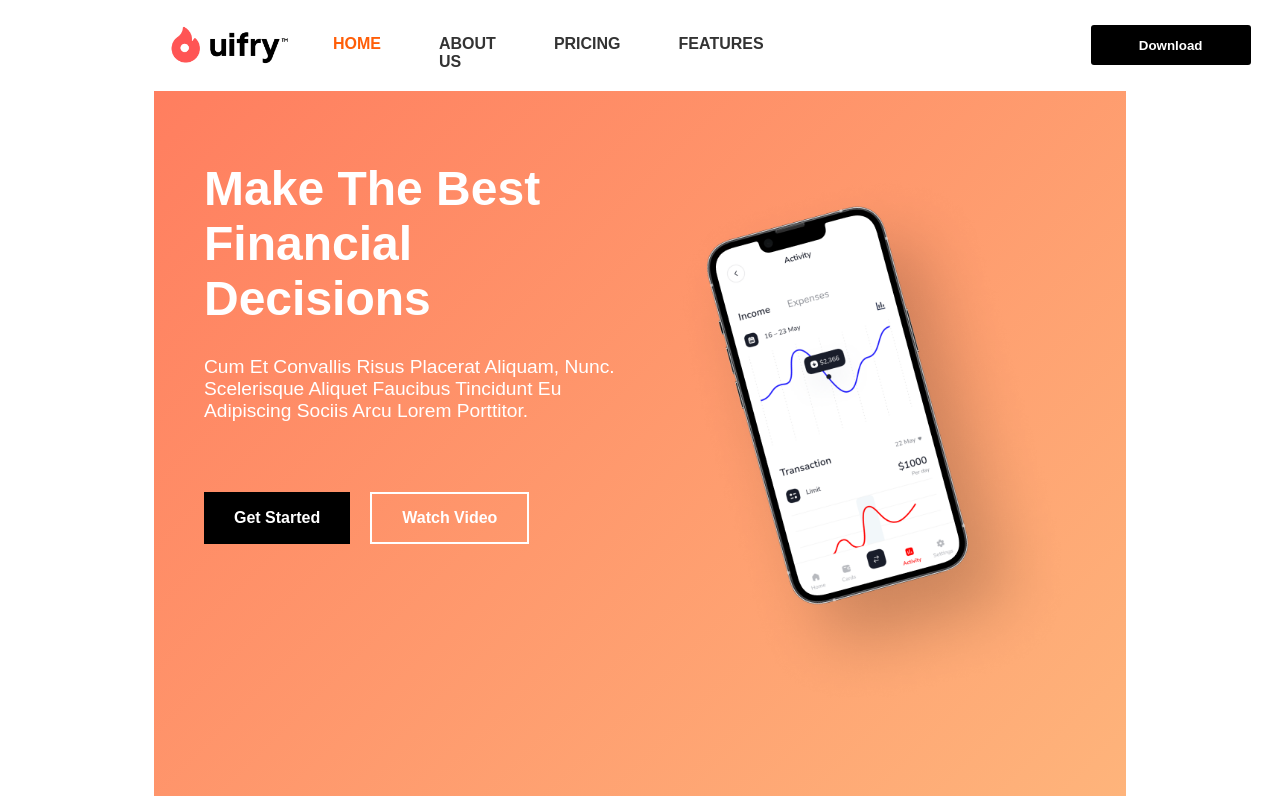
Repository: sakshambansal7/Uifry
Page: index.html
The author's editor kept a copy of each file at every save. The page is drawn from the files as they stood at one save, then again after the next save.
The browser window is 1280 px wide. The pictures show the whole page.

Above is the page before, as saved 2024-06-12 14:55:09.

### index.html
<!DOCTYPE html>
<html lang="en">
  <head>
    <meta charset="UTF-8" />
    <meta name="viewport" content="width=device-width, initial-scale=1.0" />
    <title>uifry.com</title>
    <link rel="stylesheet" href="style.css" />
  </head>
  <body>
    <nav class="navbar">
      <div>
        <img class="logo" src="./images/logo.png" alt="img" />
      </div>
      <div class="nav">
        <div><a href="#" class="nav__link active">Home </a></div>
        <div><a href="#" class="nav__link">About Us</a></div>
        <div><a href="#" class="nav__link">Pricing</a></div>
        <div><a href="#" class="nav__link">features</a></div>
      </div>
      <div class="download">
        <button class="button">Download</button>
      </div>
    </nav>
    <div class="part1">
      <div class="left">
        <h1>Make The Best Financial Decisions</h1>
        <p>
          Cum Et Convallis Risus Placerat Aliquam, Nunc. Scelerisque Aliquet
          Faucibus Tincidunt Eu Adipiscing Sociis Arcu Lorem Porttitor.
        </p>
        <div></div>
        <div></div>

        <div class="cta-buttons">
          <button class="get-started-btn">Get Started</button>
          <button class="watch-video-btn">Watch Video</button>
        </div>
      </div>
      <div class="right">
        <img src="./images/igraph.png" alt="Mobile App Mockup" />
      </div>
    </div>
  </body>
  <script src="script.js"></script>
</html>

### style.css

*{
    margin: 0px;
    padding: 5px;

}
body {
  margin-left: 20vh;
  margin-right: 20vh;
  font-family: Arial, sans-serif;
  background: #fff;
  color: #333;
}


.logo {
  width: 120px;
}


.navbar{
  display: flex;
  justify-content: flex-start;

}
.nav{
  padding-top: 10px;
  display: flex;
  justify-content: center;

}
nav  {
  display: inline;
}

nav a {
  text-decoration: none;
  color: #333;
  font-weight: bold;
}


.button {
  width: 160px;
  height: 40px;
  border-radius: 3px;

  background-color: #000;
  color: #fff;
  padding: 10px 20px;
  border: none;
  cursor: pointer;
  font-weight: bold;
  margin-left: 40vh;
}
.download{

  padding-top: 10px;
}


.nav__link {
    display: block;
    padding: .3125rem 1.5rem;
    text-transform: uppercase;
  }

  .nav__link.active  {

    color: #FF5E08;
  }

  .part1 {
    display: flex;
    justify-content: space-between;
    padding: 60px 40px;
    background: linear-gradient(135deg, #ff7e5f, #feb47b);
    color: #fff;
}

.left {
  max-width: 50%;
}

.part1 h1 {
  font-size: 3em;
  margin: 0 0 20px;
}

.part1 p {
  font-size: 1.2em;
  margin: 0 0 40px;
}

.cta-buttons {
  display: flex;
  gap: 20px;
}

.get-started-btn,
.watch-video-btn {
  background: #000;
  color: #fff;
  padding: 15px 30px;
  border: none;
  cursor: pointer;
  font-size: 1em;
  font-weight: bold;
}

.watch-video-btn {
  background: transparent;
  border: 2px solid #fff;
}

.right {
  max-width: 50%;
}

.right img {
  width: 100%;
}

### script.js
document.addEventListener('DOMContentLoaded', function() {
    const selector = '.nav__link';
    const elems = Array.from( document.querySelectorAll( selector ) );
    const navigation = document.querySelector( 'nav' );

    function makeActive( evt ) {
      const target = evt.target;

      if ( !target || !target.matches( selector ) ) {
        return;
      }

      elems.forEach( elem => elem.classList.remove( 'active' ) );

        evt.target.classList.add( 'active' );
    };

    navigation.addEventListener( 'mousedown', makeActive );

    } );

After the next save:
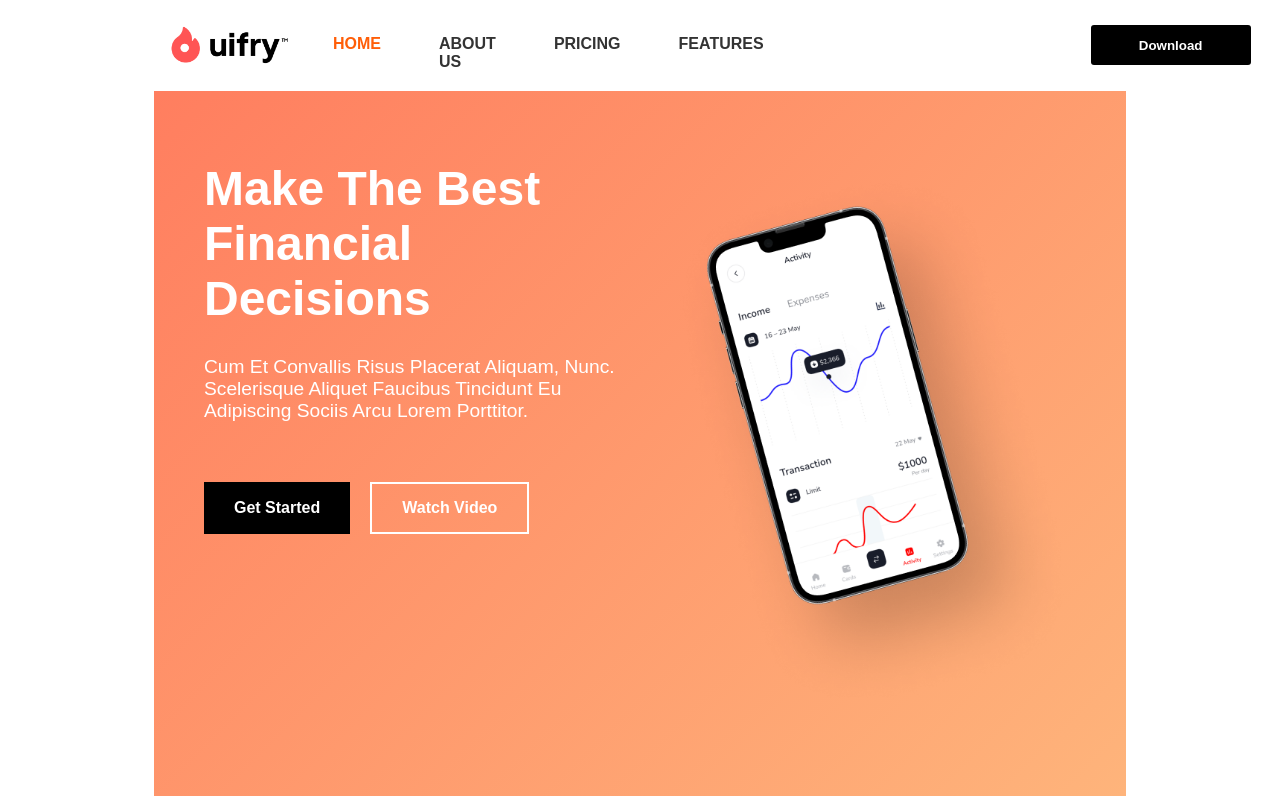
Saved 26 s later.
--- a/index.html
+++ b/index.html
@@ -29,7 +29,6 @@
           Faucibus Tincidunt Eu Adipiscing Sociis Arcu Lorem Porttitor.
         </p>
         <div></div>
-        <div></div>
 
         <div class="cta-buttons">
           <button class="get-started-btn">Get Started</button>
